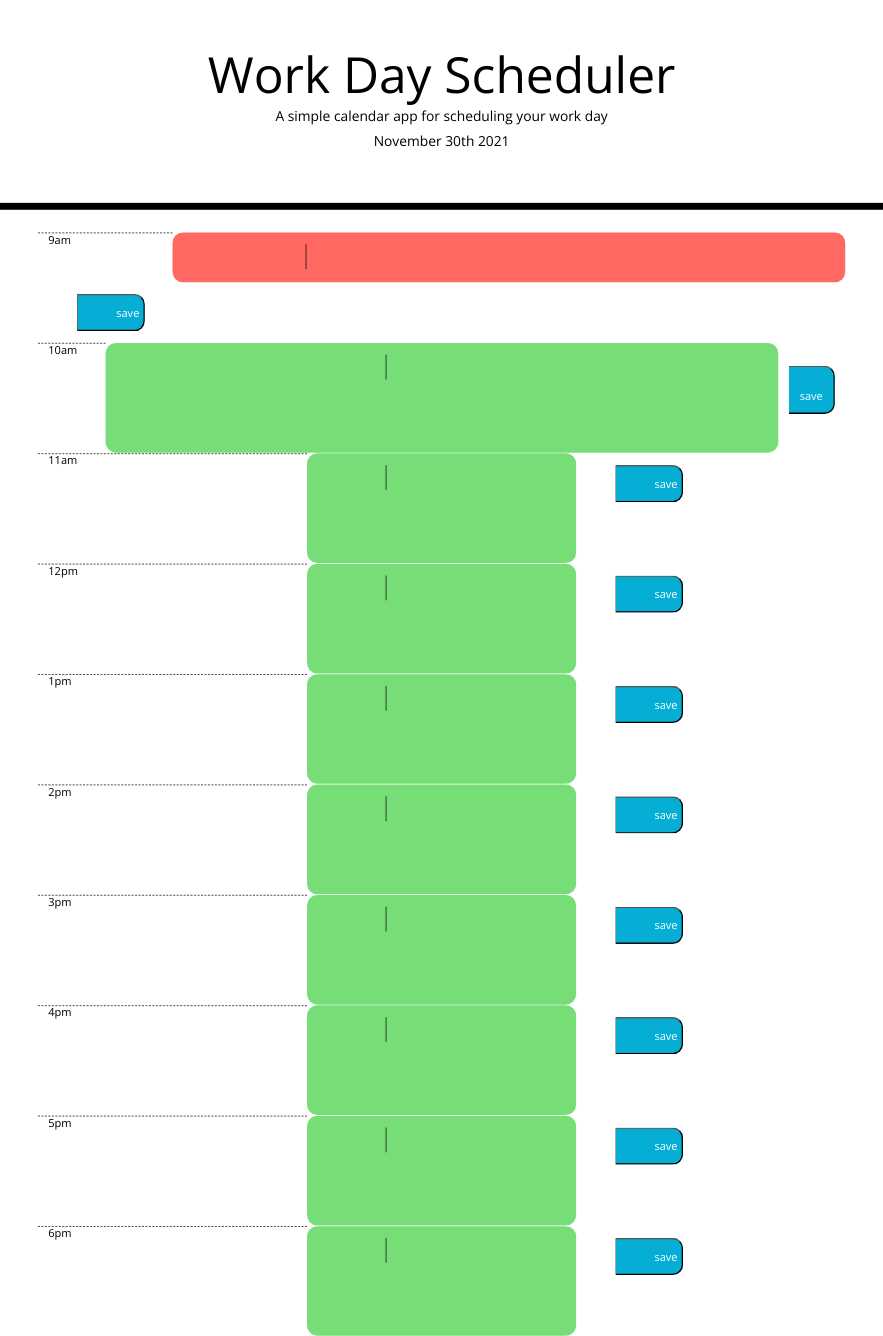
Repository: Naomilounsbury/work-day-scheduler
Page: index.html
These files come from the project's save history. The page is drawn as it stood at one moment and after the next save; the edit follows.
The browser window is 1280 px wide. The pictures show the whole page, at 69% of full size.
Some web libraries are served in a nearby version.

Above is the page before, as saved 2021-12-05 17:07:14.

After the next save:
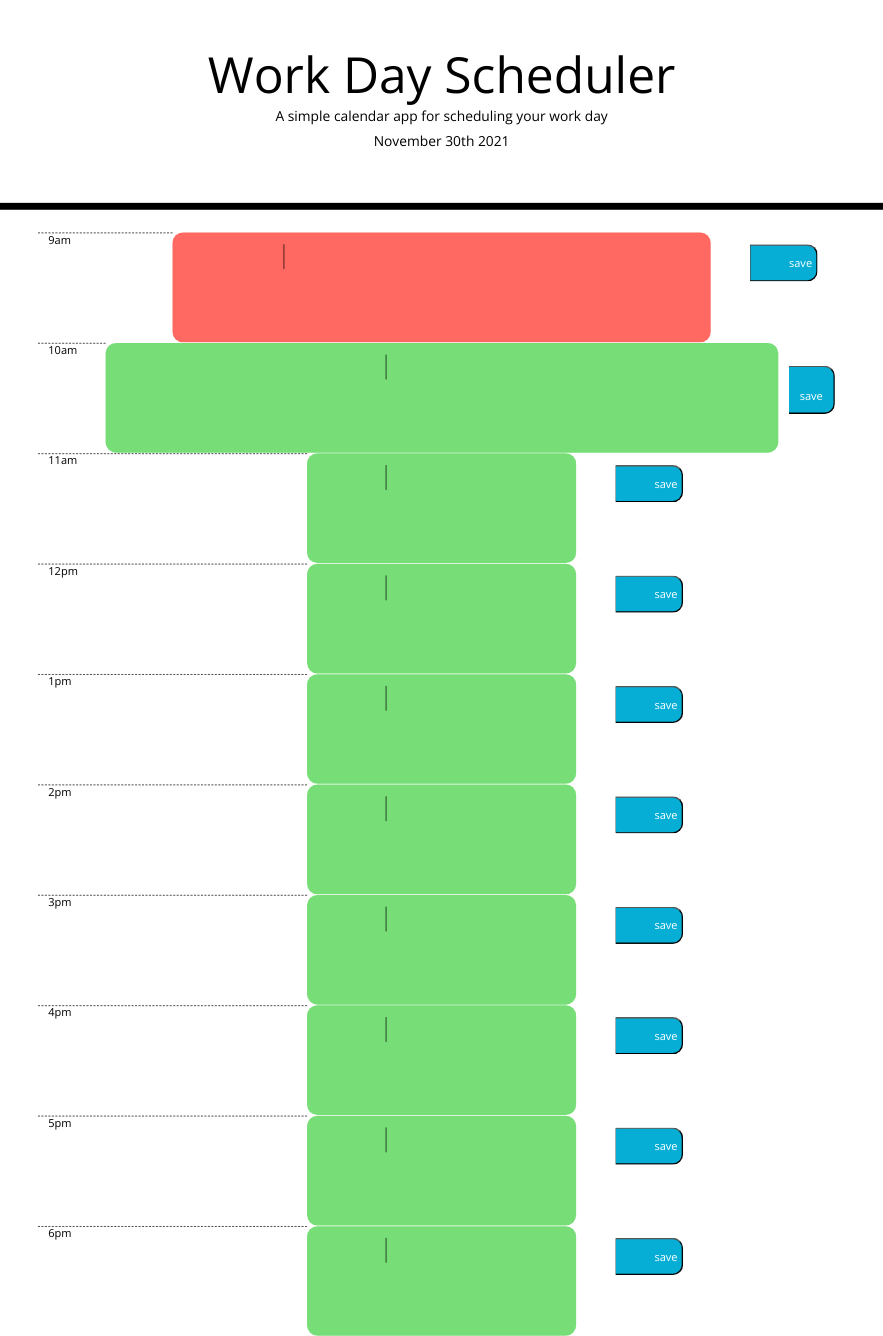
Saved 70 s later.
--- a/index.html
+++ b/index.html
@@ -24,7 +24,7 @@
     <table class="container">
       <tr class="row">
         <td class="hour col-2">9am</td>
-        <td class="time-block col-lg-10" id="9">          <!-- all of my textareas are called btn which is ironic because they arent btns -->
+        <td class="time-block col-8" id="9">          <!-- all of my textareas are called btn which is ironic because they arent btns -->
           <textarea id="btn9" class="col-8" rows="2" cols="30">
           </textarea>
         </td>
